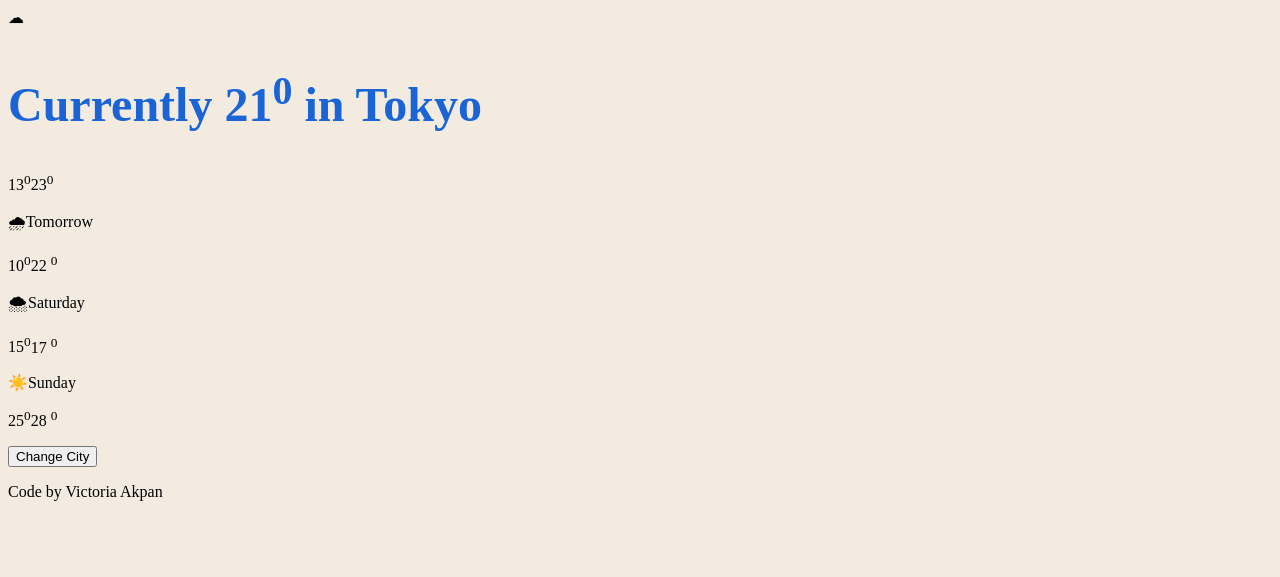
Repository: VickyJacob23/SheCode
Page: firstCode/weatherAppHomeWork.html
The author's editor kept a copy of each file at every save. The page is drawn from the files as they stood at one save, then again after the next save.
The browser window is 1280 px wide. The pictures show the whole page.

Above is the page before, as saved 2024-08-26 23:39:55.

After the next save:
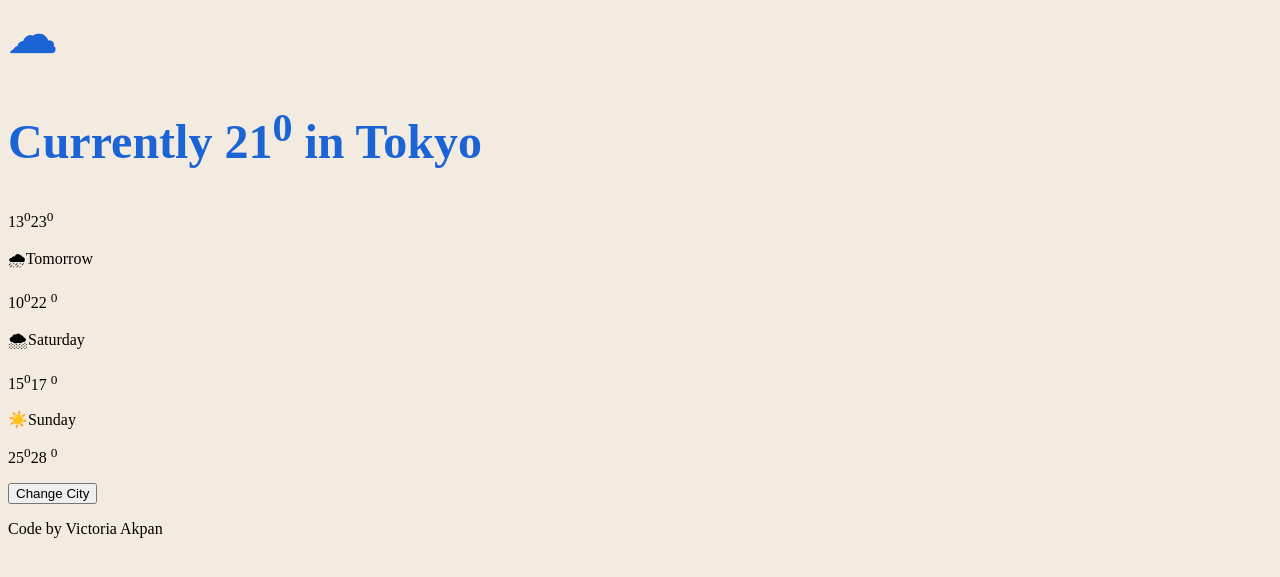
Saved 16 s later.
--- a/firstCode/weatherAppHomeWork.html
+++ b/firstCode/weatherAppHomeWork.html
@@ -9,7 +9,7 @@
         body{
             background-color: #f3ebe0;
         }
-        .title h1,icon{
+        .title h1,.icon{
             color: #1a64d6;
             font-size: 48px;
             font-weight: 700;
